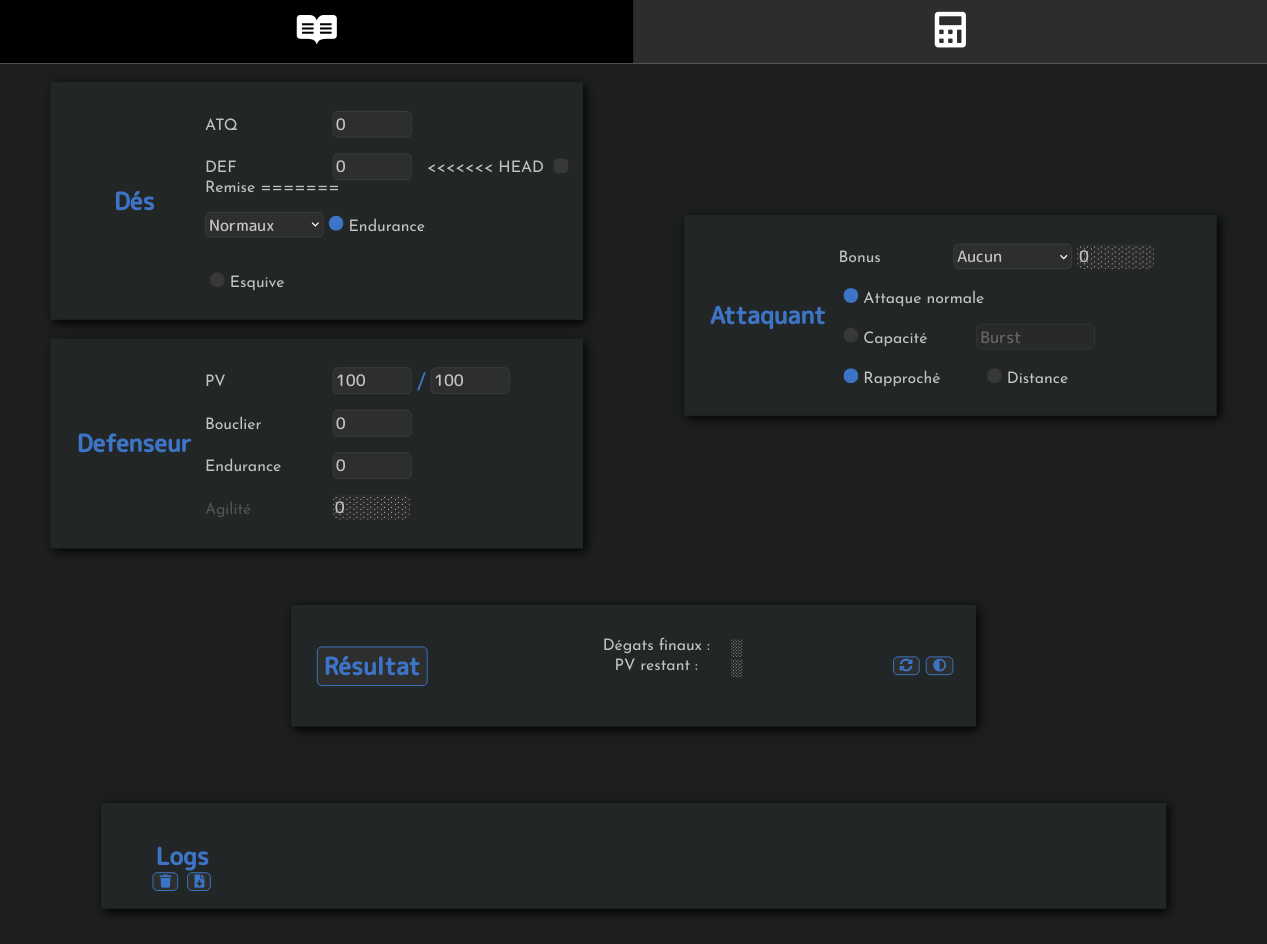
Repository: Mara-Li/Jdr-System-App
Page: index.html
The author's editor kept a copy of each file at every save. The page is drawn from the files as they stood at one save, then again after the next save.
The browser window is 1280 px wide. The pictures show the whole page, at 99% of full size.
Some web fonts or font styles are not loaded; a fallback is used. Some web libraries are served in a nearby version.

Above is the page before, as saved 2020-10-20 10:07:32.
Console error: SyntaxError: Unexpected token '<<'

### index.html
<!DOCTYPE html>
<!-- force push -->
<html>
<head>
	<meta charset="UTF-8">
	<link rel="stylesheet" href="res/css/style.css">
	<link rel="stylesheet" href="res/css/style_dark.css" title="dark">
	<link rel="stylesheet" href="res/css/style_light.css" title="light">
	<script src="res/js/jdr-sys.js"></script>
	<script src="res/js/main.js"></script>
	<meta name="viewport" content="width=device-width, initial-scale=1.0">
	<link rel="icon" type="image/png" href="res/img/logo.png">
	<link rel="apple-touch-icon" href="res/img/logo.png">
	<meta name="apple-mobile-web-app-capable" content="yes">
	<meta name="viewport" content="width=device-width, initial-scale=1, maximum-scale=1">
	<link rel="stylesheet" href="https://cdnjs.cloudflare.com/ajax/libs/font-awesome/5.13.0/css/all.min.css">
	<title>Système JdR</title>
</head>
<body>
	<div class="flex-break"></div>
	<header>
		<div class="icon-bar">
			<a class="active" href=""><i class="fas fa-calculator"></i></a>
			<a class="readme" href="readme.html"><i class="fab fa-readme"></i></a>
		</div>
	</header>
	<div class="flex-column">
		<div id="dés" class="card">
			<span class="titre-card" id="dice">Dés</span>
			<form>
				<div class="input-zone">
					<label for="des_atq">ATQ</label>
					<input type="number" onfocus="this.select()" pattern="[0-9]*" inputmode="numeric" id="des_atq" value="0" min="0" max="10">
				</div>
				<div class="input-zone">
					<label for="des_def">DEF</label>
					<input type="number" onfocus="this.select()" pattern="[0-9]*" inputmode="numeric" id="des_def" value="0" min="0" max="10">
<<<<<<< HEAD
					<input type="checkbox" id="des_bonus_def">
					<label for="des_bonus_def">Remise</label>
=======
				</div>
								<div class="input-zone">
					<select id="critique">
						<option value=0>Normaux</option>
						<option value=1>Réussite critique</option>
						<option value=2>Ultra critique</option>
					</div>
>>>>>>> 52bed62... dev
				</div>
				<div class="input-zone" id="endu_stats">
					<input type="radio" name="des_esquive" value="0" checked="checked" onclick="def_toggle()">
					<label for="des_esquive">Endurance</label>
				</div>
				<div class="input-zone" id="esquive_stats">
					<input type="radio" name="des_esquive" value="1" onclick="def_toggle()">
					<label for="des_esquive">Esquive</label>
				</div>
			</form>
		</div>
		<div id="defense" class="card">
			<span class="titre-card">Defenseur</span>
			<form>
				<div class="input-zone">
					<label for="pv_reste">PV</label>
					<input type="number" onfocus="this.select()" pattern="[0-9]*" inputmode="numeric" id="pv_reste" value="100" min="0" max="100"> <span id="sep"> / </span> <input type="number" onfocus="this.select()" pattern="[0-9]*"
					 inputmode="numeric" id="pv_max" value="100" min="100">
				</div>
				<div class="input-zone">
					<label for="bouclier">Bouclier</label>
					<input type="number" onfocus="this.select()" pattern="[0-9]*" inputmode="numeric" id="bouclier" value="0" min="0" max="100">
				</div>
				<div class="input-zone">
					<input type="number" onfocus="this.select()" pattern="[0-9]*" inputmode="numeric" id="endurance" value="0" min="0" max="10">
					<label for="endurance">Endurance</label>
				</div>
				<div class="input-zone">
					<input type="number" onfocus="this.select()" pattern="[0-9]*" inputmode="numeric" id="agi" value="0" min="0" max="10" disabled="">
					<label for="agi">Agilité</label>
				</div>
			</form>
		</div>


	</div>
	<div class="flex-column">

		<div id="attaquant" class="card">
			<span class="titre-card">Attaquant</span>
			<form>
				<div class="input-zone">
					<label for="bonus">Bonus</label>
					<select id="arme" onchange="bonus_toggle()">
						<option value="0">Aucun</option>
						<option value="1">Pouvoir</option>
						<option value="6">Poigne</option>
						<option value="4">Épée</option>
						<option value="5">Masse</option>
						<option value="3">Projectile</option>
						<option value="7">Pistolet</option>
						<option value="2">Fusil</option>
						<option value="8">Canon</option>
						<option value="9">Autre</option>
					</select>
					<input type="number" onfocus="this.select()" pattern="[0-9]*" inputmode="numeric" id="bonus" value="0" min="0" max="100" disabled="">
				</div>
				<div class="input-zone">
					<input type="radio" name="atq_type" value="0" checked="checked" onclick="capa_toggle(this)">
					<label for="atq_norm">Attaque normale</label>
				</div>
				<div class="input-zone">
					<input type="radio" id="capa" name="atq_type" value="1" onclick="capa_toggle(this)">
					<label for="capacite">Capacité</label>
					<select id="capacite_type" onchange="capa_arme_toggle(this)" disabled="">
						<option value="0">Burst</option>
						<option value="1">Perforant</option>
						<option value="2">Autre</option>
					</select>
				</div>
				<div class="input-zone">
					<input type="radio" name="dist_atq" value="0" checked="checked">
					<label for="cac">Rapproché</label>
					<input type="radio" name="dist_atq" value="1">
					<label for="dist">Distance</label>
				</div>
			</form>
		</div>
	</div>



	<div class="flex-break"></div>
	<div id="submit" class="card">
		<div class="input-zone">
			<button id="calc-btn" type="button" title="Calculer le résultat" class="titre-card-resultat" onmouseup="calculate()">Résultat</button>
		</div>
		<p>
			<label for="res_deg">Dégats finaux : </label>
			<span id="res_deg">░</span>
			<br>
			<label for="res_pv">PV restant :</label>
			<span id="res_pv">░</span>
			<br>
			<br>
		</p>
		<div class="result-btn-group">
			<button id="refresh-btn" title="Effacer tout les champs avec les valeurs par défaut" type="button" onmouseup="clearInput()"><i class="fas fa-sync-alt"></i></button>
			<button id="theme" title="Changer le theme de couleur" type="button" onmouseup="toggletheme()"><i class="fas fa-adjust"></i></button>
		</div>
	</div>

	<div class="flex-break"></div>
	<div id="log" class="card">
		<span class="titre-card">Logs</span>
		<div class="titre-card-button">
			<button id="clr-btn" type="button" onmouseup="clearLog()"><i class="fas fa-trash"></i></button>
			<button id="dl-btn" type="button" onmouseup="downloadLogs()"><i class="fas fa-file-download"></i></button>
		</div>
		<div id="log_box" class="input-zone">
		</div>
	</div>
</body>

</html>

### res/css/style.css
/***************************
* Import and media queries *
****************************/
@import url('https://fonts.googleapis.com/css?family=Concert+One|Josefin+Sans|Pangolin&display=swap');
@import url('https://fonts.googleapis.com/css2?family=M+PLUS+Rounded+1c:wght@500&display=swap');

@media only screen and (max-width: 1100px) {
	form {
		margin: 0 10%;
	}

	.flex-column {
		width: 95%;
	}

	.card {
		width: 95%;
		flex-wrap: wrap;
	}
	.titre-card-button {
		flex-basis: 100%;
		margin: 10px;
		margin-top: 0;
	}

	.log-block {
		flex-basis: 100%;
		margin: 0 25%;
	}

	.log-btn-group button {
		margin: auto 0.5em;
	}

	input[type="number"] {
		max-width: 20%;
		width: 100px;
		border: 1px solid;
		-moz-appearance: none;
	}

	select {
		font-size:80%;
		width: 100px;
	}

	#submit {
		align-items: center;
		align-content: center;
		display:flex;
		flex-direction: column;
		width:90%;
	}

	#clr-btn {
		margin-right: 1%;
	}

	#esquive_stats {
		padding-left: 10%;
	}

	.titre-card {
		flex-basis: 100%;
	}
}

@media only screen and (min-width: 1101px) {

	form {
		flex: 3;
	}

	.flex-column {
		min-width: 50%;
		max-width: 80%;
	}

	.card {
		min-width: 40%;
		max-width: 80%;
	}

	.titre-card {
		flex: 1;
	}

	.titre-card-button {
		flex: 1;
		flex-direction: row;
		margin-bottom: -5%;
		margin-left: -10%;
	}

	.titre-card-resultat {
		flex: 3;
	}

	.log-block {
		width: 25%;
	}

	.log-btn-group {
		flex-wrap: wrap;
		justify-content: center;
		flex-direction: column;
	}

	.log-btn-group button {
		margin: 0.5em auto;
	}

	input[type="number"] {
		max-width: 20%;
		width: 100px;
		-moz-appearance: textfield;
		font-size: 100%;
		border: 1px solid;
	}

	select {
		font-size:100%;
		width:120px;
	}

	select:disabled {
		background-size: 0;
		color: grey;
		font-size: 100%;
	}

	#dl-btn {
		margin-left: 10%;
	}

	#endu_stats, #esquive_stats {
		width:150px;
		display:inline-block;
	}

	#endu_stats {
		width: 35%;
	}

#submit {
	width:50%;
}

}

/************
* Html tags *
*************/
textarea,
input.text,
input[type="text"],
input[type="button"],
input[type="submit"],
.input-checkbox,
.input-zone {
	-webkit-appearance: none !important;
}

body {
	margin: 0;
	width: 100%;
	height: 100%;
	display: flex;
	flex-wrap: wrap;
	font-family: 'Josefin Sans', sans-serif;
}

input, textarea, select, button {
	border-radius: 5px;
}

header {
	display: block;
	text-align: center;
	width: 100%;
	background: grey;
	color: black;
	font-size: 15px;
}

input {
	margin-right: 0;
	font-family: 'M PLUS Rounded 1c', sans-serif;
}

input#des_bonus_def {
	vertical-align: text-bottom;
}

input[type="button"] {
	font-size: 20px;
	margin-right: 10px;
	margin: auto;
	border: 1px solid;
	border-radius: 5px;
	font-family:'M PLUS Rounded 1c', sans-serif;
}

input[type="button"]:active {
	box-shadow: 0 2px #666;
	transform: translateY(4px);
}

input[type="number"]::-webkit-inner-spin-button, input[type="number"]::-o-inner-spin-button {
	-o-appearance: none;
	-webkit-appearance: none;
	margin: 0;
}

input[type=number]:disabled {
	border: 0px;
	background-size: 7px 5px;
	background-position: 0 0, 4px 7px;
}

input[type="radio"] {
	/* remove standard background appearance */
	-webkit-appearance: none;
	-moz-appearance: none;
	appearance: none;
	/* create custom radiobutton appearance */
	display: inline-block;
	width: 15px;
	height: 15px;
	/* background-color only for content */
	background-clip: content-box;
	border-radius: 50%;
	text-align: baseline;
}


input[type="checkbox"] {
	-webkit-appearance: none;
	-moz-appearance: none;
	-o-appearance: none;
	appearance: none;
	box-shadow: none;
	width: 15px !important;
	height: 15px !important;
	vertical-align: bottom;
}

label {
	margin-top:2%;
}

label[for="bouclier"], label[for="endurance"], label[for="agi"] {
	width: 35%;
	float: left;
}

label[for="pv_max"], label[for="pv_reste"] {
	width: 35%;
	float: left;
}

label[for="res_deg"], label[for="res_pv"] {
	display: block;
	width: 150px;
	float: left;
	margin: auto;
	text-align: center;
}

label[for="des_attaque"], label[for=des_defense] {
	width: 100%;
}

label[for="capacite"] {
	width: calc(35% - 20px);
	display:inline-block;
}

label[for="bonus"] {
	width: 30%;
	vertical-align: text-bottom;
	display: inline-block;
}

label[for="cac"]{
	margin-right:10%;
}

label[for="des_def"], label[for="des_atq"] {
	display:block;
	width:35%;
	float:left;
}

p {
	margin: auto;
}

select {
	-webkit-appearance: none;
	-moz-appearance: none;
	background-size: 15px;
	background-position-x: 100%;
	background-position-y: center;
	background-repeat: no-repeat;
	text-indent:2px;
	padding:1px;
	border-radius: 5px;
	font-family: 'M PLUS Rounded 1c', sans-serif;
	border: 1px solid;
}


/**********
* Classes *
***********/

.icon-bar {
	width: 100%;
	background-color: grey;
	overflow: auto;
	float: left;
}

.icon-bar a {
	float: right;
	width: 50%;
	text-align: center;
	padding: 12px 0;
	transition: all 0.3s ease;
	color: white;
	font-size: 36px;
}

.icon-bar a:hover {
	background-color: #000;
}

.flex-column {
	margin: auto;
}

.flex-break {
	flex-basis: 100%;
}

.card {
	box-shadow: 0.2em 0.2em 0.6em black;
	margin: 3% auto;
	padding: 2%;
	display: flex;
	justify-content: center;
}

.titre-card {
	font-weight: bold;
	margin: 10px;
	font-size: 1.5em;
	display: flex;
	justify-content: center;
	align-items: center;
	font-family:'M PLUS Rounded 1c', sans-serif;
}

.titre-card-button {
	font-weight: bold;
	font-size: 1.5em;
	display: flex;
	justify-content: center;
	align-items: center;
}

.titre-card-resultat {
	font-weight: bold;
	font-size: 1.5em;
	font-family: 'M PLUS Rounded 1c', sans-serif;
}

.input-zone {
	margin: 1em 0;
	-moz-appearance: none;
	-webkit-appearance: none;
	appearance: none;
}

.log-element {
	display: flex;
	flex-wrap: wrap;
}

.log-date {
	flex-basis: 100%;
	text-align: center;
	margin-bottom: 1em;
	font-weight: bold;
	text-decoration: underline;
}

.log-btn-group {
	display: grid;
	align-items: center;
	margin: auto;
}

.result-btn-group {
	display: flex;
	align-items: center;
	justify-content: flex-end;
}

/*****
* ID *
******/

#des_def {
	margin-right:10px;
}

#res_pv, #res_deg {
	font-family: 'Pangolin', cursive;
	display: inline-block;
	margin: auto;
}

#sep {
	font-family: 'Josefin Sans', cursive;
	display: inline-block;
	margin: auto;
	font-size: 150%;
	vertical-align: sub;
	line-height: 0%;
}

#log {
	width: 90%;
}

#log_box {
	max-height: 25em;
	overflow: auto;
	flex: 10;
}

#clr-btn, #dl-btn, #refresh-btn, #theme, #calc-btn {
	border: 1px solid;
	border-radius: 5px;
}

#theme{
	margin-right:-5%;
}

#refresh-btn {
	margin-right: 12%;
}

#calc-btn.activeCalc {
	box-shadow: 0 1px #666;
	transform: translateY(4px);
}

#clr-btn:active, #dl-btn:active, #refresh-btn:active, #theme:active, #calc-btn:active {
	box-shadow: 0 1px #666;
	transform: translateY(4px);
}

#capacite_type, #arme {
	vertical-align: baseline;
}

#endu_stats, #esquive_stats {
	display:inline-block;
}

#pv_reste:invalid{
	box-shadow: none;
}

### res/css/style_dark.css
/************
* Html tags *
*************/


body {
	color: #c3c3c3;
	background-color: rgb(28, 30, 31);
}

input[type="button"] {
	background-color: #2d2f2f;
}

input[type="number"] {
	border-color: #3c3c3c;
	background-color: #2d2f2f;
	color: #c3c3c3;
}

input[type=number]:disabled {
	background-color: #2b2b2b;
	background-image: radial-gradient(circle, #c3c3c3 10%, transparent 10%), radial-gradient(circle, #c3c3c3 10%, transparent 10%);
}

input[type=number]:disabled+label{
	color:#535454;
}

select {
	background-image: url("../img/arrow.svg");
	border-color: #3c3c3c;
	color: #c3c3c3;
	background-color: #2d2f2f;
}

select:disabled {
	background-color: #2b2b2b;
	color: grey;
	background-size:0;
}

input[type="radio"] {
	background-color: #383838;
}

/* appearance for checked radiobutton */
input[type="radio"]:checked {
	background-color: #3d74c5;
}

input[type="radio"]:disabled+label{
	color:#535454;
}

input[type="radio"][checked][disabled]{
	background-color:#3c4d67;
}

input[type="checkbox"] {
	background-color: #383838;
}

input[type="checkbox"]:checked{
	background-color: #3d74c5;
	border-color: #3d74c5;
}

/**********
* Classes *
***********/

.active {
	background-color: #2d2d2d;
}

.readme {
	background-color: #383838;
}

.card {
	background-color: rgb(35, 38, 39);
}

.titre-card {
	color: #3d74c5;
}

.titre-card-button {
	color: #3d74c5;
}

.titre-card-resultat {
	color: #3d74c5;
}

.log-date {
	color: #3d74c5;
}

.log-title {
	color: #3d74c5;
}



/*****
* ID *
******/

#sep {
	color: #3d74c5;
}

#clr-btn, #dl-btn, #refresh-btn, #theme, #calc-btn {
	color: #3d74c5;
	background-color: #2d2f2f;
}

### res/css/style_light.css
/************
* Html tags *
*************/
body {
	color: black;
	background-color: rgb(207, 207, 207);
}

input[type="number"] {
	border-color: grey;
}

input[type=number]:disabled{
	background-color: white;
	background-image: radial-gradient(circle, black 10%, transparent 10%), radial-gradient(circle, black 10%, transparent 10%);
}

input[type="number"]:disabled+label{
	color:#dadada;
}

select {
	background-image: url("../img/arrow_white.svg");
	border-color: grey;
	color:black;
	background-color: white;
}

select:disabled {
	background-color: white;
	color: grey;
	background-size:0;
}

input[type="radio"]{
	background-color: #e7e6e7;
}

/* appearance for checked radiobutton */
input[type="radio"]:checked {
	background-color: teal;
}

input[type="radio"]:disabled+label{
	color:#dadada;
}

input[type="radio"][disabled][checked]{
	background-color: #00808038;
}

input[type="checkbox"] {
	border: 1px solid grey;
}

input[type="checkbox"]:checked{
	background-color: teal;
	border-color: teal;
}

/**********
* Classes *
***********/

.active {
	background-color: #1abc9c ;
}

.card {
	background-color: white;
}

.titre-card {
	color: teal;
}

.titre-card-button {
	color: teal;
}

.titre-card-resultat {
	color: teal;
}

.log-date{
	color: teal;
}

.log-title{
	color: teal;
}


/*****
* ID *
******/

#sep {
	color: teal;
}

#clr-btn, #dl-btn {
	color: teal;
}

#refresh-btn, #theme{
	color:teal;
}

Loaded but not shown: res/js/jdr-sys.js (811 lines, source omitted); res/js/main.js (318 lines, source omitted)

After the next save:
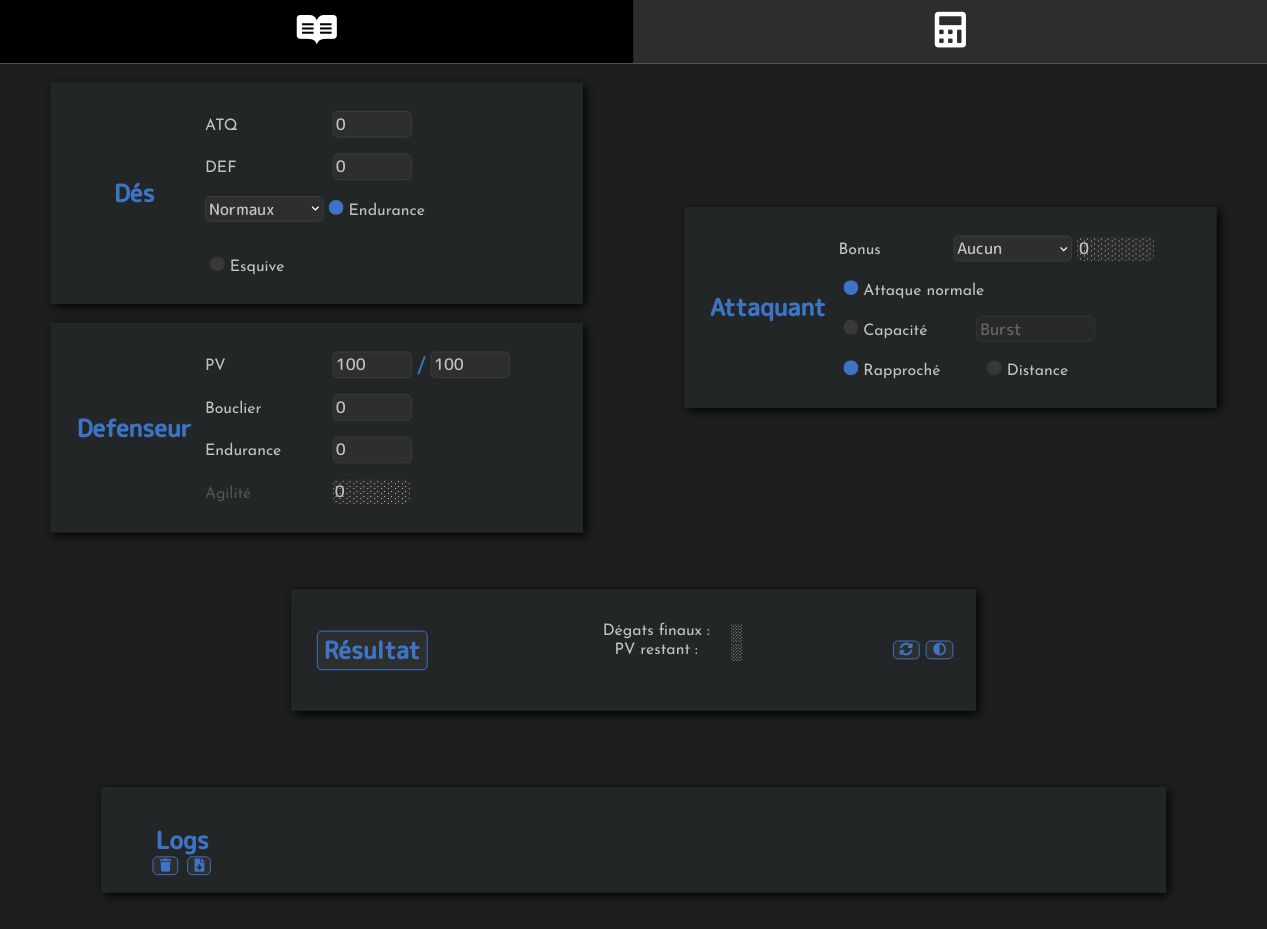
Saved 10 s later.
--- a/index.html
+++ b/index.html
@@ -35,10 +35,6 @@
 				<div class="input-zone">
 					<label for="des_def">DEF</label>
 					<input type="number" onfocus="this.select()" pattern="[0-9]*" inputmode="numeric" id="des_def" value="0" min="0" max="10">
-<<<<<<< HEAD
-					<input type="checkbox" id="des_bonus_def">
-					<label for="des_bonus_def">Remise</label>
-=======
 				</div>
 								<div class="input-zone">
 					<select id="critique">
@@ -46,7 +42,6 @@
 						<option value=1>Réussite critique</option>
 						<option value=2>Ultra critique</option>
 					</div>
->>>>>>> 52bed62... dev
 				</div>
 				<div class="input-zone" id="endu_stats">
 					<input type="radio" name="des_esquive" value="0" checked="checked" onclick="def_toggle()">
